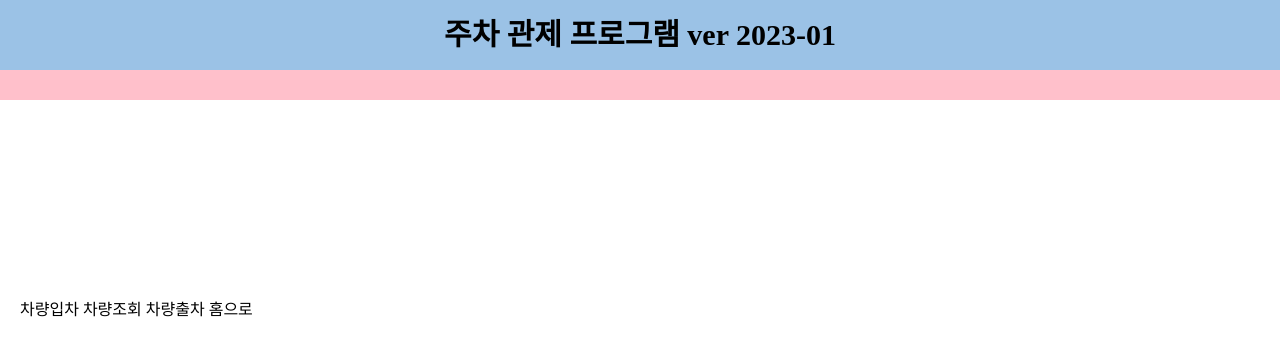
Repository: pcshoya/hrdkorea
Page: http://localhost/parking/header.jsp
These files come from the project's save history. The page is drawn as it stood at one moment and after a run of saves; the edit follows.
The browser window is 1280 px wide. The pictures show the whole page.
The page is served by Tomcat 9.

Above is the page before, as saved 2025-03-24 02:27:46.

### parking/src/main/webapp/header.jsp
<%@ page language="java" contentType="text/html; charset=UTF-8"
    pageEncoding="UTF-8"%>
<!DOCTYPE html>
<html>
<head>
<meta charset="UTF-8">
<title>Insert title here</title>
</head>
<body>
<header style="position:fixed;top:0px;left:0px;width:100%;height:70px;line-height:70px;text-align:center;background-color:#9BC2E6;font-size:30px"><b>주차 관제 프로그램 ver 2023-01</b>
</header>
<nav style="position:fixed;top:70px;left:0px;width:100%;height:30px;line-height:30;background-color:pink;padding-left:20px">
<a herf="">차량입차</a>
<a herf="">차량조회</a>
<a herf="">차량출차</a>
<a herf="">홈으로</a>
</nav>
</body>
</html>

After the next 2 saves:
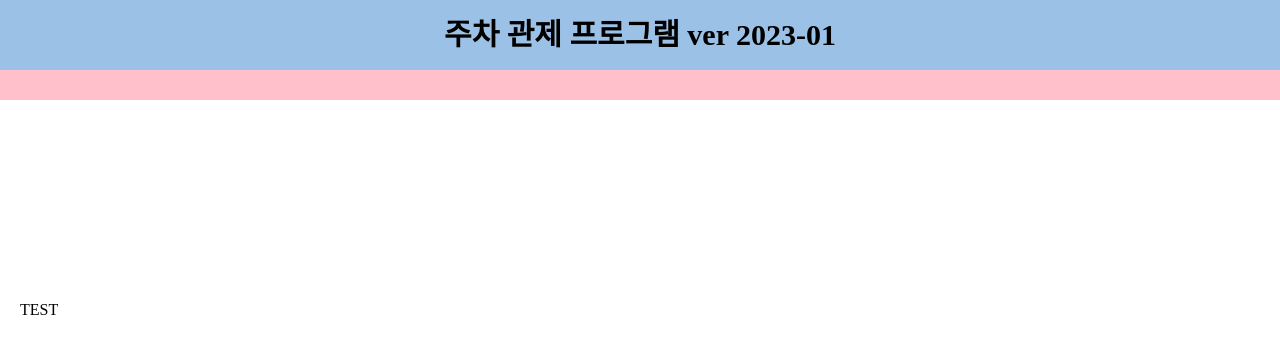
The 2 saves are shown as one change because they came seconds apart.
The last was saved 30 s later.
--- a/parking/src/main/webapp/header.jsp
+++ b/parking/src/main/webapp/header.jsp
@@ -10,10 +10,7 @@
 <header style="position:fixed;top:0px;left:0px;width:100%;height:70px;line-height:70px;text-align:center;background-color:#9BC2E6;font-size:30px"><b>주차 관제 프로그램 ver 2023-01</b>
 </header>
 <nav style="position:fixed;top:70px;left:0px;width:100%;height:30px;line-height:30;background-color:pink;padding-left:20px">
-<a herf="">차량입차</a>
-<a herf="">차량조회</a>
-<a herf="">차량출차</a>
-<a herf="">홈으로</a>
+TEST
 </nav>
 </body>
 </html>
